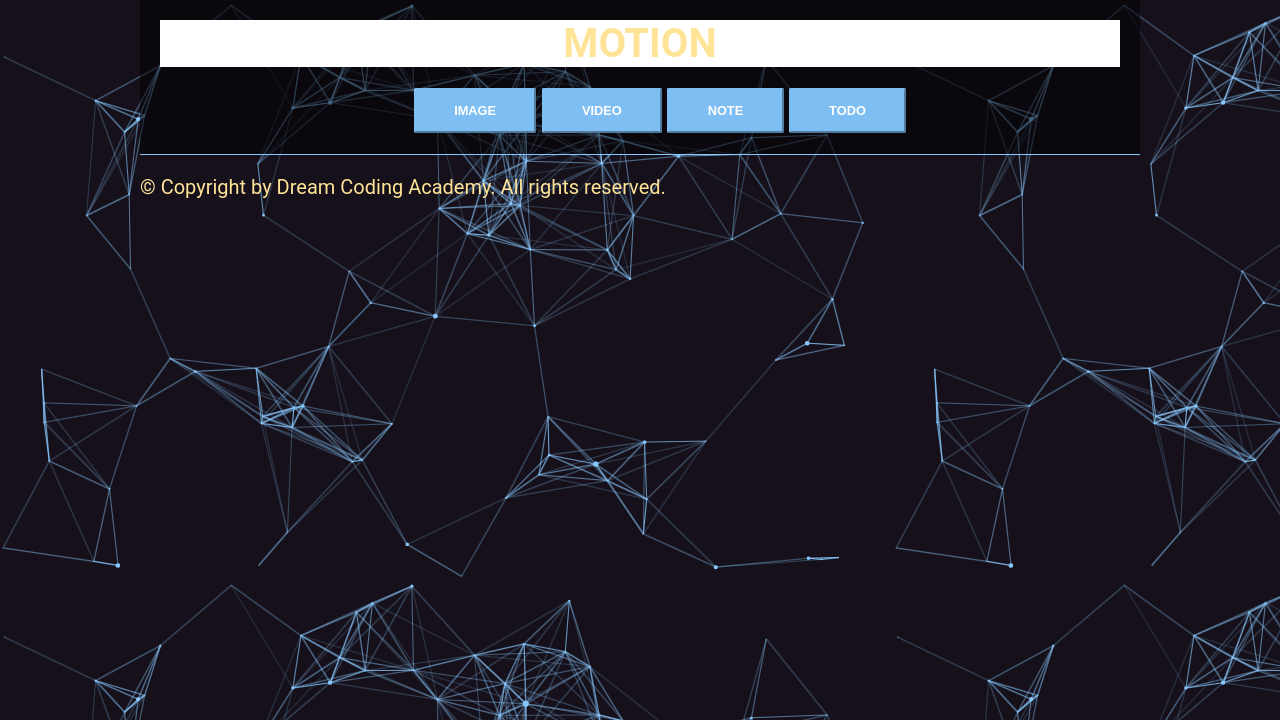
Repository: chefkuna/Motion
Page: index.html
These files come from the project's save history. The page is drawn as it stood at one moment and after the next save; the edit follows.
The browser window is 1280 px wide. The pictures show the whole page.

Above is the page before, as saved 2022-08-21 14:47:00.

After the next save:
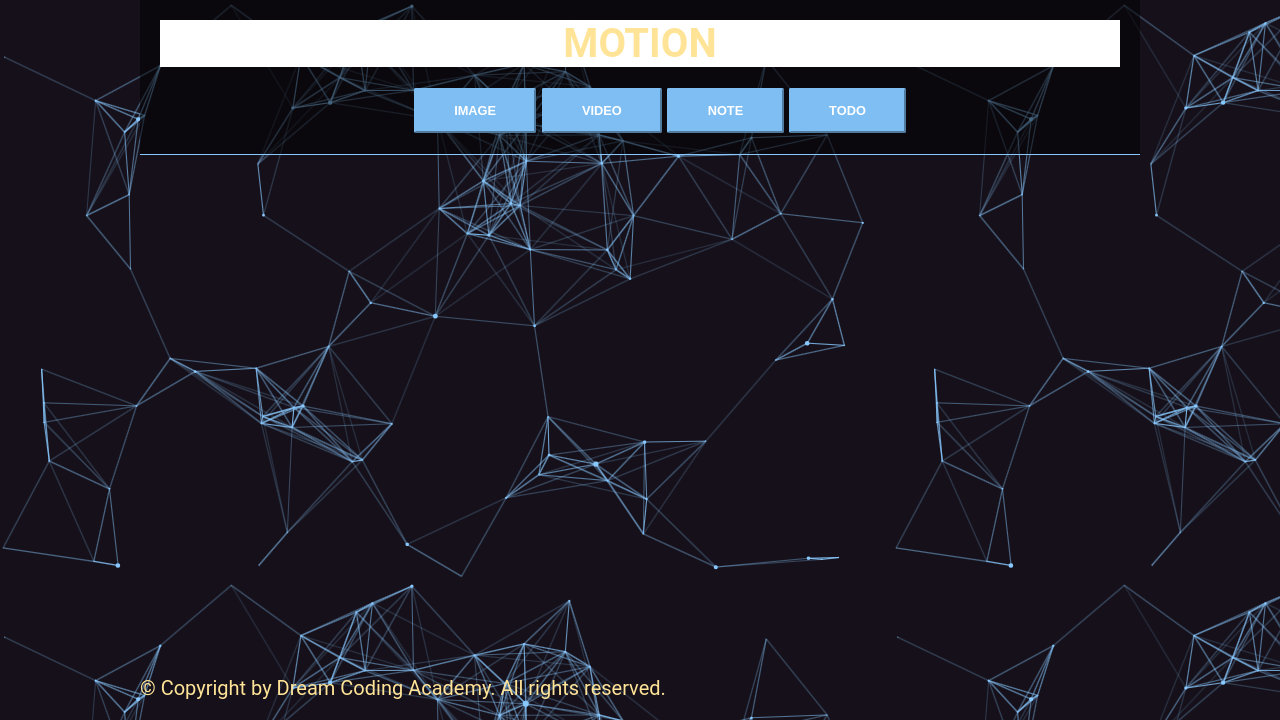
Saved 4 s later.
--- a/style/style.css
+++ b/style/style.css
@@ -76,4 +76,6 @@ body {
   border-radius: 2px;
 }
 
-.document
+.document {
+  height: 100%;
+}
